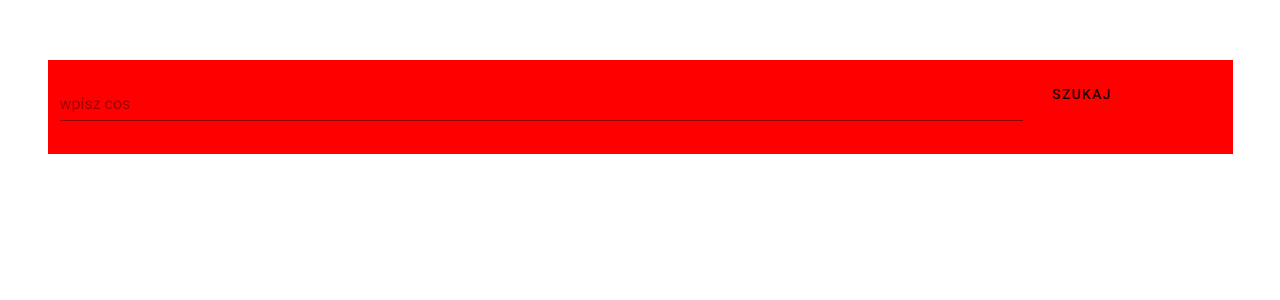
Repository: kq333/wyszukiwarka-filmow-seriali
Page: / (app in searchapp/)
These files come from the project's save history. The page is drawn as it stood at one moment and after the next save; the edit follows.
The browser window is 1280 px wide. The pictures show the whole page.
The project was rebuilt for these pictures with package versions that can differ from the ones it lists, and the page was loaded fresh each time. Also part of the build but not shown: searchapp/vue.config.js, searchapp/src/views/Home.vue.

Above is the page before, as saved 2021-02-18 00:54:50.

### searchapp/src/App.vue
<template>
  <v-app>


    <v-main>
      <HelloWorld/>
    </v-main>
  </v-app>
</template>

<script>
import HelloWorld from './components/HelloWorld';

export default {
  name: 'App',

  components: {
    HelloWorld,
  },

  data: () => ({
    //
  }),
};
</script>

### searchapp/src/components/HelloWorld.vue
<template >

  <v-container>


<div id="demo"  >




<v-row style="background-color:red" >
   <v-col lg="10">


            <v-text-field  clearable placeholder="wpisz cos" type="text" v-model="input"></v-text-field>

    </v-col>

    <v-btn id="btn" outlined @click="klik" class="mt-4"><v-icon>mdi-find</v-icon>Szukaj</v-btn>

 </v-row>



  <v-row>
    <v-col >
      <div   v-for="arr in arrays" :key="arr.index" >
        <v-row>
          <v-col >
                <p  id="text1"  class="mx-12" style="font-size:38px">{{arr.title}}</p>
          </v-col>

                </v-row>

                  <v-row >
                    <v-col id="image"  lg="4" xs="2" >
                      <img  style="border-radius: 2%" class="ml-8" :src="arr.poster" />
                    </v-col>
                        <v-col id="text" lg="8" xs="2" cols="6" >
                          <p id="demo"> Aktorzy:  {{ arr.actors}}</p>
                          <p> Reżyseria: {{arr.director}}</p>
                          <p>Kraj: {{arr.country}}</p>
                          <p>Rok produkcji: {{arr.released}}</p>
                          <p>Gatunek: {{arr.genre}}</p>
                          <p>Opis: {{arr.plote}}</p>
                          <p>Ranking IMDB: {{arr.imdb}}</p>
                        </v-col>
                  </v-row>

              <v-row >

              </v-row>





      </div>
    </v-col>
  </v-row>


 </div>





  </v-container>
</template>

<script>
  export default {
    name: 'HelloWorld',

    data(){

    return{

      input:'',

      arrays:[],
    }

  },
   methods: {


/* const button = document.getElementById("btn");
      button.disabled = true; */




      klik(){


       this.input








 const url = 'https://www.omdbapi.com/?apikey=7bd5b2c8&t=';

    const result  = url + this.input;
    fetch(result)

  .then((res)=>{
      return res.json();
  })

  .then((data)=>{

    console.log(data)



    this.arrays.push({poster: data.Poster, actors: data.Actors, director: data.Director, title:data.Title, country:data.Country, released: data.Released, genre: data.Genre, plot: data.Plot, imdb:data.imdbRating })


  }),

this.input=''
this.text=""

this.arrays.pop()

      }}}


</script>

<style scoped>



p{
  color:red
}

#demo{

  margin-top:60px;

}

#app {
  background-color:red}

#btn{
  border: 0px  ;
}
</style>

Loaded but not shown: searchapp/public/index.html (common file); searchapp/src/main.js (common file); searchapp/src/router/index.js (common file); searchapp/src/plugins/vuetify.js (common file)

After the next save:
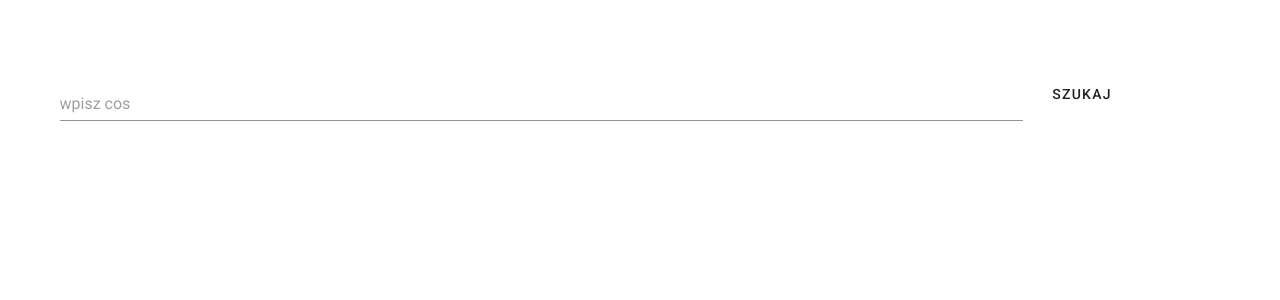
Saved 6 s later.
--- a/searchapp/src/components/HelloWorld.vue
+++ b/searchapp/src/components/HelloWorld.vue
@@ -8,7 +8,7 @@
 
 
 
-<v-row style="background-color:red" >
+<v-row >
    <v-col lg="10">
 
 
